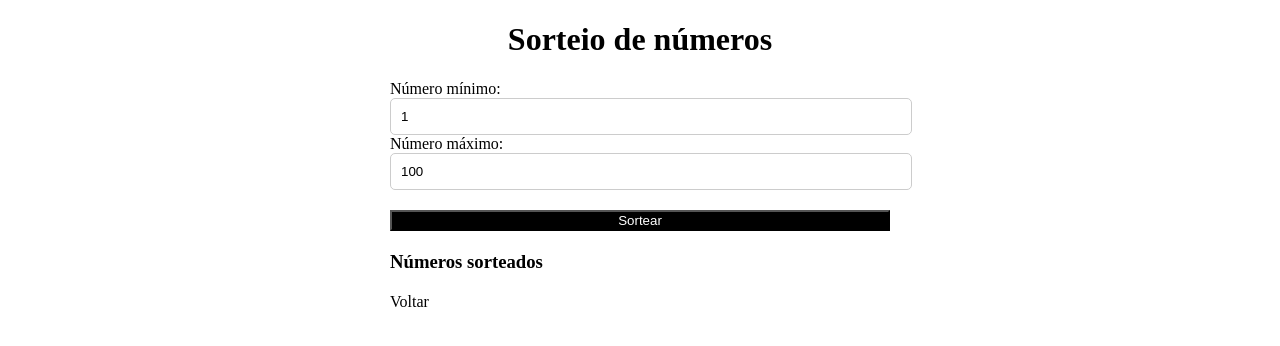
Repository: Matheus904-12/sorte
Page: sorteio-numeros.html
The author's editor kept a copy of each file at every save. The page is drawn from the files as they stood at one save, then again after the next save.
The browser window is 1280 px wide. The pictures show the whole page.

Above is the page before, as saved 2023-09-10 16:27:44.
Console error: TypeError: Cannot read properties of null (reading 'addEventListener')

### sorteio-numeros.html
<!DOCTYPE html>
<html lang="pt-br">
<head>
  <meta charset="UTF-8">
  <title>Sorteio de números</title>
</head>
<body>
  <div class="container">
    <h1 class="text-center">Sorteio de números</h1>
    <div class="range">
      <label for="min">Número mínimo:</label>
      <input type="number" id="min" value="1" class="form-control">
      <label for="max">Número máximo:</label>
      <input type="number" id="max" value="100" class="form-control">
    </div>
    <button id="sortear" class="btn btn-primary">Sortear</button>
    <div id="resultado" class="text-center"></div>

    <div id="sorteados" class="text-center">
      <h3>Números sorteados</h3>
      <ul id="lista-sorteados"></ul>
    </div>

    <a href="index.html" class="btn btn-secondary float-right">Voltar</a>
  </div>

  <style>
    .container {
      width: 100%;
      max-width: 500px;
      margin: 0 auto;
    }

    h1 {
      font-size: 2em;
      text-align: center;
    }

    .range {
      margin-top: 20px;
    }

    input {
      width: 100%;
      padding: 10px;
      border: 1px solid #ccc;
      border-radius: 5px;
    }

    button {
      width: 100%;
      margin-top: 20px;
      background-color: #000;
      color: #fff;
      text-decoration: none;
      cursor: pointer;
    }

    div.resultado {
      margin-top: 20px;
      text-align: center;
    }

    a {
      color: #000;
      text-decoration: none;
    }

    a:hover {
      text-decoration: underline;
    }

    /* Estilos para o espaço dos números sorteados */

    #sorteados {
      margin-top: 20px;
    }

    #lista-sorteados {
      margin-bottom: 20px;
    }

    /* Estilos para o botão de voltar */

    #voltar {
      background-color: #000;
      color: #fff;
      border-radius: 5px;
      border: none;
      text-decoration: none;
      cursor: pointer;
    }
  </style>
  <script>
    // Função para sortear um número entre dois valores
    function sortear(min, max) {
      // Gera um número aleatório entre os dois valores
      var numero = Math.floor(Math.random() * (max - min + 1)) + min;

      // Exibe o número sorteado
      document.querySelector("#resultado").innerHTML = numero;

      // Adiciona o número sorteado à lista
      var sorteados = document.querySelector("#lista-sorteados");
      var li = document.createElement("li");
      li.innerHTML = numero;
      sorteados.appendChild(li);
    }

    // Evento para o botão de sorteio
    document.querySelector("#sortear").addEventListener("click", function() {
      // Obtém os valores dos campos de entrada
      var min = parseInt(document.querySelector("#min").value);
      var max = parseInt(document.querySelector("#max").value);

      // Sorteia o número
      sortear(min, max);
    });

    // Evento para o botão de voltar
    document.querySelector("#voltar").addEventListener("click", function() {
      location.href = "index.html";
    });
  </script>
</body>
</html>

After the next save:
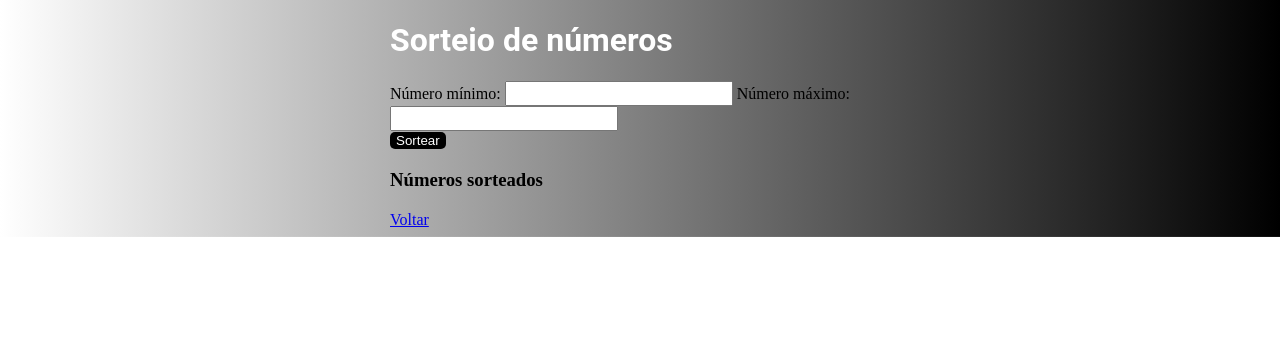
Console error: SyntaxError: Unexpected end of input
Saved 5 min 27 s later.
--- a/sorteio-numeros.html
+++ b/sorteio-numeros.html
@@ -25,52 +25,57 @@
   </div>
 
   <style>
+    /* Alterações para o layout */
+
     .container {
       width: 100%;
       max-width: 500px;
       margin: 0 auto;
     }
 
+    /* Alterações para o gradiente */
+
+    body {
+      background-image: linear-gradient(to right, #fff, #000);
+      background-repeat: no-repeat;
+      background-position: center;
+    }
+
+    /* Alterações para as fontes e cores */
+
     h1 {
+      font-family: 'Roboto', sans-serif;
       font-size: 2em;
-      text-align: center;
+      color: #fff;
     }
+
+    input {
+      font-family: 'Roboto', sans-serif;
+      font-size: 1em;
+      color: #fff;
+    }
+
+    button {
+      background-color: #000;
+      color: #fff;
+      border-radius: 5px;
+      border: none;
+      text-decoration: none;
+      cursor: pointer;
+      animation: fadeIn .3s ease-in-out;
+    }
+
+    /* Alterações para o espaço e a organização */
 
     .range {
       margin-top: 20px;
     }
 
-    input {
-      width: 100%;
-      padding: 10px;
-      border: 1px solid #ccc;
-      border-radius: 5px;
+    .resultado {
+      margin-top: 20px;
     }
 
-    button {
-      width: 100%;
-      margin-top: 20px;
-      background-color: #000;
-      color: #fff;
-      text-decoration: none;
-      cursor: pointer;
-    }
-
-    div.resultado {
-      margin-top: 20px;
-      text-align: center;
-    }
-
-    a {
-      color: #000;
-      text-decoration: none;
-    }
-
-    a:hover {
-      text-decoration: underline;
-    }
-
-    /* Estilos para o espaço dos números sorteados */
+    /* Alterações para os detalhes adicionais */
 
     #sorteados {
       margin-top: 20px;
@@ -80,8 +85,6 @@
       margin-bottom: 20px;
     }
 
-    /* Estilos para o botão de voltar */
-
     #voltar {
       background-color: #000;
       color: #fff;
@@ -89,6 +92,29 @@
       border: none;
       text-decoration: none;
       cursor: pointer;
+    }
+
+    /* Animações */
+
+    .range {
+      transition: all .3s ease-in-out;
+    }
+
+    .range input {
+      transition: all .3s ease-in-out;
+    }
+
+    .btn {
+      animation: fadeIn .3s ease-in-out;
+    }
+
+    @keyframes fadeIn {
+      from {
+        opacity: 0;
+      }
+      to {
+        opacity: 1;
+      }
     }
   </style>
   <script>
@@ -104,23 +130,7 @@
       var sorteados = document.querySelector("#lista-sorteados");
       var li = document.createElement("li");
       li.innerHTML = numero;
-      sorteados.appendChild(li);
-    }
 
-    // Evento para o botão de sorteio
-    document.querySelector("#sortear").addEventListener("click", function() {
-      // Obtém os valores dos campos de entrada
-      var min = parseInt(document.querySelector("#min").value);
-      var max = parseInt(document.querySelector("#max").value);
-
-      // Sorteia o número
-      sortear(min, max);
-    });
-
-    // Evento para o botão de voltar
-    document.querySelector("#voltar").addEventListener("click", function() {
-      location.href = "index.html";
-    });
   </script>
 </body>
 </html>

After the 3 saves that followed:
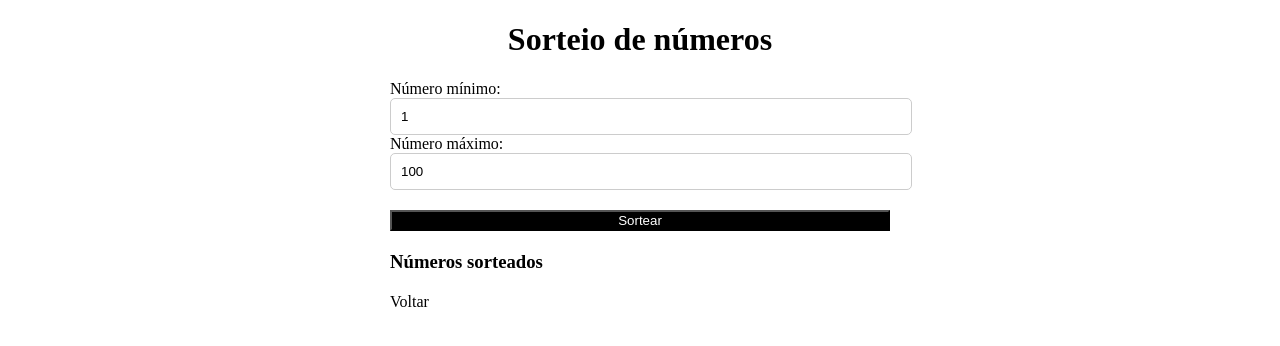
Console error: TypeError: Cannot read properties of null (reading 'addEventListener')
The 3 saves are shown as one change because 1 left the picture as it was and some came seconds apart.
The last was saved 4 min 19 s later.
--- a/sorteio-numeros.html
+++ b/sorteio-numeros.html
@@ -25,57 +25,52 @@
   </div>
 
   <style>
-    /* Alterações para o layout */
-
     .container {
       width: 100%;
       max-width: 500px;
       margin: 0 auto;
     }
 
-    /* Alterações para o gradiente */
-
-    body {
-      background-image: linear-gradient(to right, #fff, #000);
-      background-repeat: no-repeat;
-      background-position: center;
+    h1 {
+      font-size: 2em;
+      text-align: center;
     }
-
-    /* Alterações para as fontes e cores */
-
-    h1 {
-      font-family: 'Roboto', sans-serif;
-      font-size: 2em;
-      color: #fff;
-    }
-
-    input {
-      font-family: 'Roboto', sans-serif;
-      font-size: 1em;
-      color: #fff;
-    }
-
-    button {
-      background-color: #000;
-      color: #fff;
-      border-radius: 5px;
-      border: none;
-      text-decoration: none;
-      cursor: pointer;
-      animation: fadeIn .3s ease-in-out;
-    }
-
-    /* Alterações para o espaço e a organização */
 
     .range {
       margin-top: 20px;
     }
 
-    .resultado {
-      margin-top: 20px;
+    input {
+      width: 100%;
+      padding: 10px;
+      border: 1px solid #ccc;
+      border-radius: 5px;
     }
 
-    /* Alterações para os detalhes adicionais */
+    button {
+      width: 100%;
+      margin-top: 20px;
+      background-color: #000;
+      color: #fff;
+      text-decoration: none;
+      cursor: pointer;
+    }
+
+    div.resultado {
+      margin-top: 20px;
+      text-align: center;
+    }
+
+    a {
+      color: #000;
+      text-decoration: none;
+    }
+
+    a:hover {
+      text-decoration: underline;
+    }
+
+    /* Estilos para o espaço dos números sorteados */
 
     #sorteados {
       margin-top: 20px;
@@ -85,6 +80,8 @@
       margin-bottom: 20px;
     }
 
+    /* Estilos para o botão de voltar */
+
     #voltar {
       background-color: #000;
       color: #fff;
@@ -92,29 +89,6 @@
       border: none;
       text-decoration: none;
       cursor: pointer;
-    }
-
-    /* Animações */
-
-    .range {
-      transition: all .3s ease-in-out;
-    }
-
-    .range input {
-      transition: all .3s ease-in-out;
-    }
-
-    .btn {
-      animation: fadeIn .3s ease-in-out;
-    }
-
-    @keyframes fadeIn {
-      from {
-        opacity: 0;
-      }
-      to {
-        opacity: 1;
-      }
     }
   </style>
   <script>
@@ -130,7 +104,23 @@
       var sorteados = document.querySelector("#lista-sorteados");
       var li = document.createElement("li");
       li.innerHTML = numero;
+      sorteados.appendChild(li);
+    }
 
+    // Evento para o botão de sorteio
+    document.querySelector("#sortear").addEventListener("click", function() {
+      // Obtém os valores dos campos de entrada
+      var min = parseInt(document.querySelector("#min").value);
+      var max = parseInt(document.querySelector("#max").value);
+
+      // Sorteia o número
+      sortear(min, max);
+    });
+
+    // Evento para o botão de voltar
+    document.querySelector("#voltar").addEventListener("click", function() {
+      location.href = "index.html";
+    });
   </script>
 </body>
 </html>
